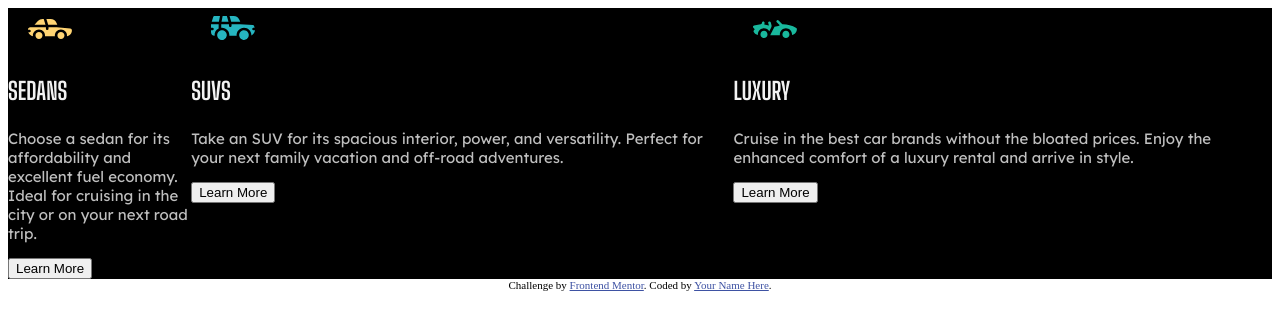
Repository: viniciussnt/3-column-preview-card
Page: index.html
The author's editor kept a copy of each file at every save. The page is drawn from the files as they stood at one save, then again after a run of saves.
The browser window is 1280 px wide. The pictures show the whole page.

Above is the page before, as saved 2023-09-15 11:04:00.

After the next 3 saves:
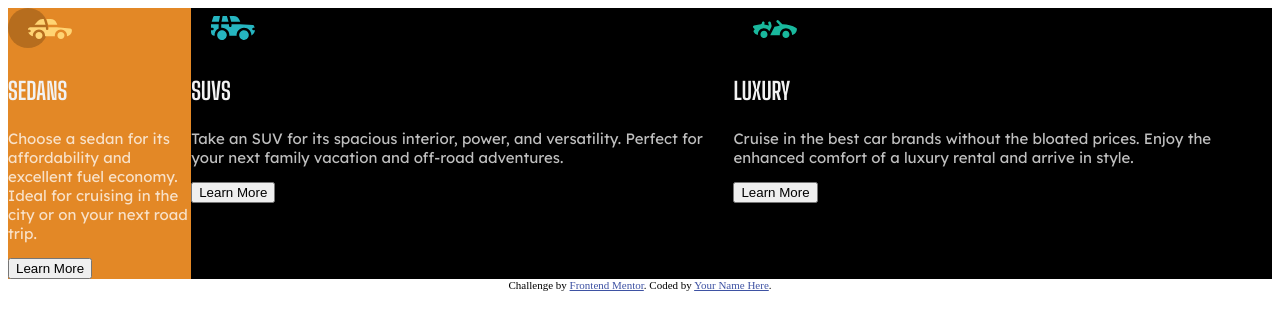
The 3 saves are shown as one change because they came seconds apart.
The last was saved 25 s later.
--- a/styles/style.css
+++ b/styles/style.css
@@ -23,6 +23,7 @@
 
 .sedans {
     width: 300px;
+    background-color: var(--color-sedan);
 }
 
 h1 {
